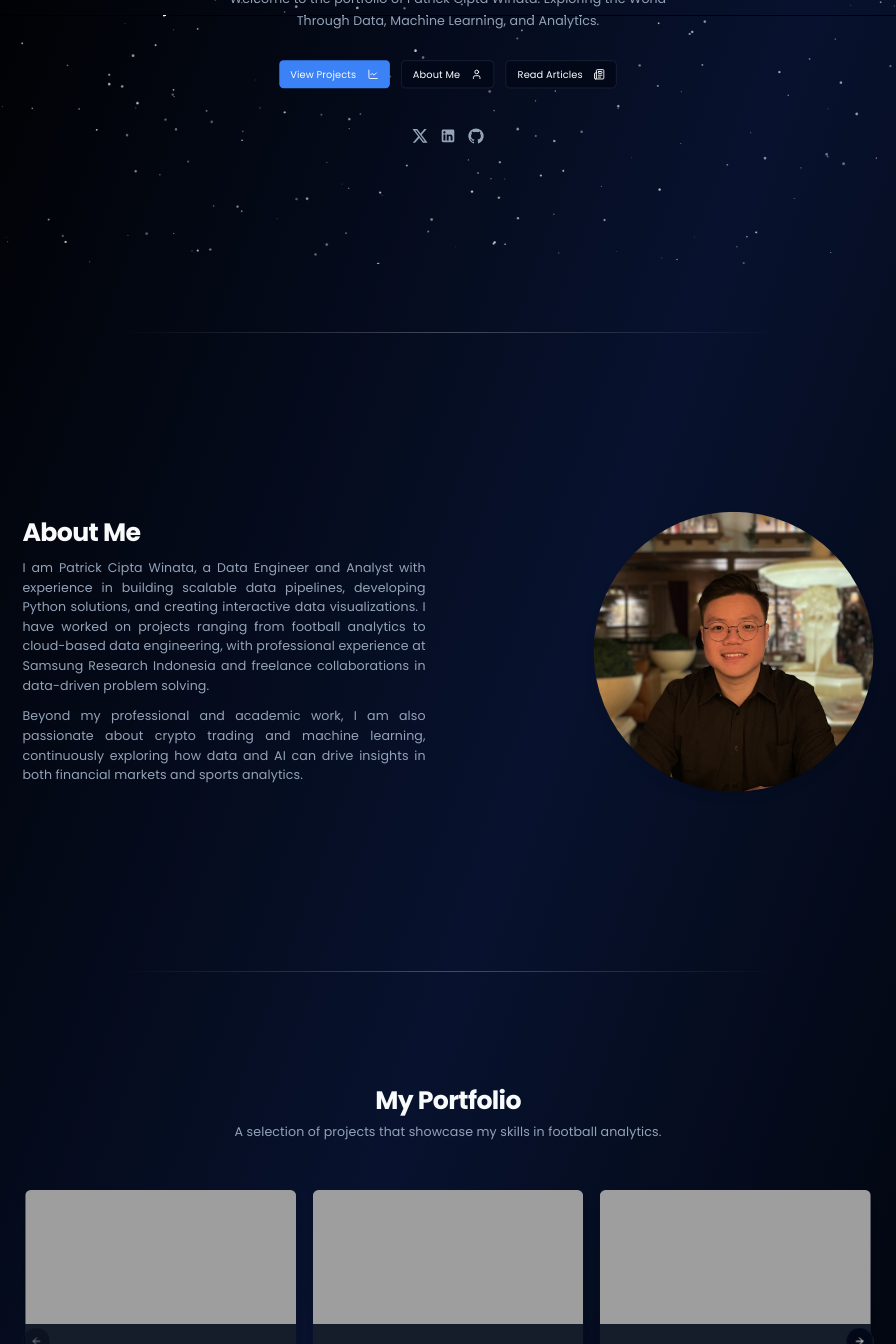
Repository: patrick-cw/my-portfolio
Page: /
The author's editor kept a copy of each file at every save. The page is drawn from the files as they stood at one save, then again after the next save.
The browser window is 1280 px wide. The pictures show the part of the page from y = 343 to 2263 px (the page is 3545 px tall), at 70% of full size.
Pictures or frames that could not be fetched are drawn as grey boxes. The project was rebuilt for these pictures with package versions that can differ from the ones it lists, and the page was loaded fresh each time. The framework's server and built-in components were replaced by stand-ins that run in the browser. Also part of the build but not shown: next.config.ts.

Above is the page before, as saved 2025-08-31 01:30:35.

### src/app/layout.tsx
import type {Metadata} from 'next';
import './globals.css';
import { Toaster } from "@/components/ui/toaster";
import { cn } from '@/lib/utils';
import Particles from '@/components/particles';
import Header from '@/components/header';
import Footer from '@/components/footer';
import ThemeRegistry from '@/components/ThemeRegistry';

export const metadata: Metadata = {
  title: "Patrick's Portfolio",
  description: 'A portfolio showcasing football analytics projects, articles, and more.',
};

export default function RootLayout({
  children,
}: Readonly<{
  children: React.ReactNode;
}>) {
  return (
    <html lang="en" className="dark" style={{scrollBehavior: 'smooth'}}>
      <head>
        <link rel="preconnect" href="https://fonts.googleapis.com" />
        <link rel="preconnect" href="https://fonts.gstatic.com" crossOrigin="anonymous" />
        <link href="https://fonts.googleapis.com/css2?family=Poppins:wght@400;600;700&display=swap" rel="stylesheet" />
      </head>
      <body className={cn("min-h-screen font-body antialiased bg-background")}>
        <ThemeRegistry>
          <div className="relative z-0 flex min-h-screen flex-col bg-gradient-to-br from-black via-blue-900/20 to-black">
            <Particles />
            <Header />
            <main className="flex-1">{children}</main>
            <Footer />
          </div>
          <Toaster />
        </ThemeRegistry>
      </body>
    </html>
  );
}

### src/app/page.tsx
import { Button } from "@/components/ui/button";
import { User, LineChart, Newspaper, ArrowDown } from "lucide-react";
import LinkedInIcon from '@mui/icons-material/LinkedIn';
import XIcon from '@mui/icons-material/X';
import GitHubIcon from '@mui/icons-material/GitHub';
import Image from "next/image";
import Link from "next/link";
import { Carousel, CarouselContent, CarouselItem, CarouselNext, CarouselPrevious } from "@/components/ui/carousel";

function FadingSeparator() {
  return (
    <div className="relative my-24 h-px w-full bg-transparent">
      <div className="absolute left-1/2 top-0 h-px w-3/4 -translate-x-1/2 bg-gradient-to-r from-transparent via-white opacity-25 to-transparent" />
    </div>
  )
}

// About Section Component
function AboutSection() {
  return (
    <section id="about" className="relative min-h-screen flex flex-col justify-center">
      <div className="container">
      <div className="grid grid-cols-1 items-center gap-y-16 lg:grid-cols-2 lg:gap-x-8">
          <div>
            <div className="max-w-xl">
              <h2 className="text-3xl font-bold tracking-tight text-foreground sm:text-4xl font-headline">About Me</h2>
              <p className="mt-4 text-lg text-muted-foreground text-justify">
                I am Patrick Cipta Winata, a Data Engineer and Analyst with experience in building scalable data pipelines, developing Python solutions, and creating interactive data visualizations. I have worked on projects ranging from football analytics to cloud-based data engineering, with professional experience at Samsung Research Indonesia and freelance collaborations in data-driven problem solving.
              </p>
              <p className="mt-4 text-lg text-muted-foreground text-justify">
                Beyond my professional and academic work, I am also passionate about crypto trading and machine learning, continuously exploring how data and AI can drive insights in both financial markets and sports analytics.
              </p>
            </div>
          </div>
          <div className="flex justify-center lg:justify-end">
            <Image
              src="/images/face.JPG"
              alt="Patrick Cipta Winata"
              width={400}
              height={400}
              className="rounded-full object-cover shadow-lg"
              data-ai-hint="portrait man"
            />
          </div>
        </div>
      </div>
    </section>
  );
}

// Portfolio Section Component
function PortfolioSection() {
  const projects = [
    {
      title: "xG-Based Performance Analysis",
      description: "A deep dive into Expected Goals (xG) metrics to evaluate striker efficiency across Europe's top 5 leagues.",
      image: "https://picsum.photos/600/400?random=1",
      tags: ["Data Analysis", "Python", "Tableau"],
      link: "/portfolio/xg-based-performance-analysis",
      imageHint: "soccer chart"
    },
    {
      title: "Defensive Actions Mapping",
      description: "Visualizing defensive actions (tackles, interceptions) to identify team pressing styles and defensive solidity.",
      image: "https://picsum.photos/600/400?random=2",
      tags: ["Data-Viz", "R", "Statistics"],
      link: "/portfolio/defensive-actions-mapping",
      imageHint: "soccer field"
    },
    {
      title: "Passing Network Analysis",
      description: "Analyzing passing networks to understand team shape, key player connections, and ball progression patterns.",
      image: "https://picsum.photos/600/400?random=3",
      tags: ["Network Analysis", "Gephi", "Tableau"],
      link: "/portfolio/passing-network-analysis",
      imageHint: "soccer tactics"
    },
    {
      title: "Player Recruitment Model",
      description: "A data-driven model to identify undervalued players based on performance metrics and market values.",
      image: "https://picsum.photos/600/400?random=4",
      tags: ["Machine Learning", "Python", "Scouting"],
      link: "/portfolio/player-recruitment-model",
      imageHint: "soccer player celebrating"
    },
    {
      title: "Interactive Shot Map Dashboard",
      description: "A web-based dashboard allowing users to explore shot data from various competitions interactively.",
      image: "https://picsum.photos/600/400?random=5",
      tags: ["Web Dev", "React", "D3.js"],
      link: "/portfolio/interactive-shot-map-dashboard",
      imageHint: "soccer dashboard"
    },
    {
      title: "Tactical Formations Analysis",
      description: "A comprehensive study of the 4-3-3 vs 4-4-2 formations, showcasing strengths and weaknesses with data visualization.",
      image: "https://picsum.photos/600/400?random=6",
      tags: ["Tactics", "Data-Viz", "Analysis"],
      link: "/portfolio/tactical-formations-analysis",
      imageHint: "soccer strategy board"
    }
  ];

  return (
    <section id="portfolio" className="relative min-h-screen flex flex-col justify-center">
        <div className="container">
          <div className="mx-auto max-w-3xl text-center">
            <h2 className="text-3xl font-bold tracking-tight text-foreground sm:text-4xl font-headline">My Portfolio</h2>
            <p className="mt-2 text-lg leading-8 text-muted-foreground">
              A selection of projects that showcase my skills in football analytics.
            </p>
          </div>
          <div className="mt-16">
            <Carousel
              opts={{
                align: "start",
                loop: false,
              }}
              className="w-full"
            >
              <CarouselContent>
                {projects.map((project) => (
                  <CarouselItem key={project.title} className="md:basis-1/2 lg:basis-1/3">
                    <div className="p-1 h-full">
                       <div className="group flex flex-col h-full overflow-hidden rounded-lg bg-card-highlight shadow-lg transition-all duration-300 hover:shadow-primary/20 hover:-translate-y-2">
                          <Link href={project.link} className="block shrink-0">
                            <Image
                              className="h-48 w-full object-cover"
                              src={project.image}
                              alt={project.title}
                              width={600}
                              height={400}
                              data-ai-hint={project.imageHint}
                            />
                          </Link>
                          <div className="flex flex-1 flex-col justify-between p-6">
                            <div className="flex-1">
                              <Link href={project.link} className="mt-2 block">
                                <p className="text-xl font-semibold text-foreground group-hover:text-primary transition-colors font-headline">{project.title}</p>
                                <p className="mt-3 text-base text-muted-foreground">{project.description}</p>
                              </Link>
                            </div>
                            <div className="mt-6 flex items-center">
                              <div className="flex space-x-1 text-sm text-muted-foreground">
                                {project.tags.map((tag) => (
                                  <span key={tag} className="inline-flex items-center rounded-full bg-secondary px-3 py-1 text-xs font-medium text-secondary-foreground">
                                    {tag}
                                  </span>
                                ))}
                              </div>
                            </div>
                          </div>
                        </div>
                    </div>
                  </CarouselItem>
                ))}
              </CarouselContent>
              <CarouselPrevious className="ml-12 h-10 w-10" />
              <CarouselNext className="mr-12 h-10 w-10"/>
            </Carousel>
          </div>
        </div>
    </section>
  );
}
// Articles Section Component
function ArticlesSection() {
  const articles = [
      {
        title: "The Evolution of the Modern Full-back",
        date: "July 15, 2024",
        excerpt: "From defensive stalwarts to attacking linchpins, we trace the tactical evolution of the full-back role in the modern game.",
        link: "/articles/evolution-of-the-modern-full-back",
      },
      {
        title: "Set-Piece Analytics: The Hidden Goldmine",
        date: "June 28, 2024",
        excerpt: "An in-depth look at how top-tier teams are using data analytics to gain a significant edge from corners and free-kicks.",
        link: "/articles/set-piece-analytics",
      },
      {
        title: "The Rise of Positional Play",
        date: "May 12, 2024",
        excerpt: "How philosophies popularised by Guardiola and Cruyff have come to dominate European football tactics.",
        link: "/articles/rise-of-positional-play",
      },
      {
        title: "Valuing Defensive Actions",
        date: "April 22, 2024",
        excerpt: "A new model for quantifying the impact of tackles, interceptions, and pressures beyond simple event counting.",
        link: "/articles/valuing-defensive-actions",
      },
      {
        title: "The Impact of High Pressing",
        date: "August 05, 2024",
        excerpt: "Exploring the data behind high-pressing strategies and their correlation with winning major trophies in modern football.",
        link: "/articles/impact-of-high-pressing",
      },
    ];

  return (
      <section id="articles" className="relative min-h-screen flex flex-col justify-center">
          <div className="container">
            <div className="mx-auto max-w-3xl text-center">
              <h2 className="text-3xl font-bold tracking-tight text-foreground sm:text-4xl font-headline">Latest Articles</h2>
              <p className="mt-2 text-lg leading-8 text-muted-foreground">
                My thoughts and findings on the world of football analytics.
              </p>
            </div>
            <div className="mt-16">
               <Carousel
                  opts={{
                    align: "start",
                    loop: false,
                  }}
                  className="w-full max-w-4xl mx-auto"
                >
                <CarouselContent>
                  {articles.map((article) => (
                    <CarouselItem key={article.title} className="md:basis-1/2">
                      <div className="p-1 h-full">
                        <article className="group flex h-full max-w-xl flex-col items-start justify-between rounded-lg bg-card-highlight p-6 transition-all duration-300 hover:bg-card/90 hover:-translate-y-2">
                          <div className="flex items-center gap-x-4 text-xs">
                            <time dateTime={article.date} className="text-muted-foreground">
                              {article.date}
                            </time>
                          </div>
                          <div className="group relative">
                            <h3 className="mt-3 text-lg font-semibold leading-6 text-foreground group-hover:text-primary transition-colors font-headline">
                              <Link href={article.link}>
                                <span className="absolute inset-0" />
                                {article.title}
                              </Link>
                            </h3>
                            <p className="mt-5 line-clamp-3 text-sm leading-6 text-muted-foreground">{article.excerpt}</p>
                          </div>
                        </article>
                      </div>
                    </CarouselItem>
                  ))}
                </CarouselContent>
                 <CarouselPrevious className="-left-12 h-10 w-10" />
                 <CarouselNext className="-right-12 h-10 w-10" />
              </Carousel>
            </div>
          </div>
      </section>
  );
}

export default function Home() {
  return (
    <>
      {/* Hero Section */}
      <section className="container flex min-h-[calc(100vh-3.5rem)] flex-col items-center justify-center text-center">
        <div className="flex-grow flex flex-col items-center justify-center">
          <h1 className="font-headline text-4xl font-bold tracking-tight text-foreground sm:text-6xl md:text-7xl">
          Patrick's Portfolio
          </h1>
          <p className="mt-6 text-lg leading-8 text-muted-foreground max-w-2xl mx-auto">
          Welcome to the portfolio of Patrick Cipta Winata. Exploring the World Through Data, Machine Learning, and Analytics.
          </p>
          <div className="mt-10 flex flex-col items-center justify-center gap-y-6">
            <div className="flex items-center justify-center gap-x-4 flex-wrap gap-y-4">
              <Button asChild>
                <Link href="/#portfolio">
                  View Projects <LineChart className="ml-2 h-4 w-4" />
                </Link>
              </Button>
               <Button variant="outline" asChild>
                <Link href="/#about">
                  About Me <User className="ml-2 h-4 w-4" />
                </Link>
              </Button>
              <Button variant="outline" asChild>
                <Link href="/#articles">
                  Read Articles <Newspaper className="ml-2 h-4 w-4" />
                </Link>
              </Button>
            </div>
            <div className="flex items-center gap-4 mt-8">
              <Link href="https://twitter.com" target="_blank" rel="noopener noreferrer" aria-label="Twitter">
                <XIcon className="h-6 w-6 text-muted-foreground transition-colors hover:text-foreground" />
              </Link>
              <Link href="https://linkedin.com" target="_blank" rel="noopener noreferrer" aria-label="LinkedIn">
                <LinkedInIcon className="h-6 w-6 text-muted-foreground transition-colors hover:text-foreground" />
              </Link>
              <Link href="https://github.com" target="_blank" rel="noopener noreferrer" aria-label="GitHub">
                <GitHubIcon className="h-6 w-6 text-muted-foreground transition-colors hover:text-foreground" />
              </Link>
            </div>
          </div>
        </div>
        <div className="absolute bottom-4 left-1/2 -translate-x-1/2 animate-bounce">
          <a href="#about" aria-label="Scroll to about section">
            <ArrowDown className="h-6 w-6 text-muted-foreground" />
          </a>
        </div>
      </section>
      <FadingSeparator />
      <AboutSection />
      <FadingSeparator />
      <PortfolioSection />
      <FadingSeparator />
      <ArticlesSection />
    </>
  );
}

### src/components/ui/toaster.tsx
"use client"

import { useToast } from "@/hooks/use-toast"
import {
  Toast,
  ToastClose,
  ToastDescription,
  ToastProvider,
  ToastTitle,
  ToastViewport,
} from "@/components/ui/toast"

export function Toaster() {
  const { toasts } = useToast()

  return (
    <ToastProvider>
      {toasts.map(function ({ id, title, description, action, ...props }) {
        return (
          <Toast key={id} {...props}>
            <div className="grid gap-1">
              {title && <ToastTitle>{title}</ToastTitle>}
              {description && (
                <ToastDescription>{description}</ToastDescription>
              )}
            </div>
            {action}
            <ToastClose />
          </Toast>
        )
      })}
      <ToastViewport />
    </ToastProvider>
  )
}

### src/components/header.tsx
import Link from "next/link";
import { Footprints } from "lucide-react";

export default function Header() {
  return (
    <header className="sticky top-0 z-50 w-full border-b border-border/40 bg-background/95 backdrop-blur supports-[backdrop-filter]:bg-background/60">
      <div className="container flex h-14 max-w-screen-2xl items-center">
        <Link href="/" className="mr-6 flex items-center space-x-2">
          <Footprints className="h-6 w-6 text-primary" style={{filter: 'drop-shadow(0 0 4px hsl(var(--primary)))'}}/>
          <span className="font-bold sm:inline-block font-headline">Goal Analysis Hub</span>
        </Link>
        <nav className="flex items-center gap-4 text-sm lg:gap-6">
          <Link href="/#about" className="text-foreground/60 transition-colors hover:text-foreground/80">
            About
          </Link>
          <Link href="/#portfolio" className="text-foreground/60 transition-colors hover:text-foreground/80">
            Portfolio
          </Link>
          <Link href="/#articles" className="text-foreground/60 transition-colors hover:text-foreground/80">
            Articles
          </Link>
        </nav>
      </div>
    </header>
  );
}

### src/components/footer.tsx
export default function Footer() {
    return (
      <footer className="border-t border-border/40 py-6 md:py-8">
        <div className="container flex flex-col items-center justify-between gap-4 md:flex-row">
          <p className="text-sm text-muted-foreground">
            © {new Date().getFullYear()} Patrick Cipta Winata. All rights reserved.
          </p>
        </div>
      </footer>
    );
  }

### src/components/ThemeRegistry.tsx
'use client';
import createCache from '@emotion/cache';
import { useServerInsertedHTML } from 'next/navigation';
import { CacheProvider } from '@emotion/react';
import { ThemeProvider } from '@mui/material/styles';
import CssBaseline from '@mui/material/CssBaseline';
import { createTheme } from '@mui/material/styles';
import React from 'react';

const theme = createTheme({
  palette: {
    mode: 'dark',
  },
});

// This implementation is from emotion-js
// https://github.com/emotion-js/emotion/issues/2928#issuecomment-1319747902
export default function ThemeRegistry(props: { children: React.ReactNode }) {
  const { children } = props;

  const [{ cache, flush }] = React.useState(() => {
    const cache = createCache({ key: 'mui-style' });
    cache.compat = true;
    const prevInsert = cache.insert;
    let inserted: string[] = [];
    cache.insert = (...args) => {
      const serialized = args[1];
      if (cache.inserted[serialized.name] === undefined) {
        inserted.push(serialized.name);
      }
      return prevInsert(...args);
    };
    const flush = () => {
      const prevInserted = inserted;
      inserted = [];
      return prevInserted;
    };
    return { cache, flush };
  });

  useServerInsertedHTML(() => {
    const names = flush();
    if (names.length === 0) {
      return null;
    }
    let styles = '';
    for (const name of names) {
      styles += cache.inserted[name];
    }
    return (
      <style
        key={cache.key}
        data-emotion={`${cache.key} ${names.join(' ')}`}
        dangerouslySetInnerHTML={{
          __html: styles,
        }}
      />
    );
  });

  return (
    <CacheProvider value={cache}>
      <ThemeProvider theme={theme}>
        <CssBaseline />
        {children}
      </ThemeProvider>
    </CacheProvider>
  );
}

Loaded but not shown: src/lib/utils.ts (common file); src/hooks/use-toast.ts (common file); src/components/ui/carousel.tsx (262 lines, source omitted); src/components/ui/toast.tsx (129 lines, source omitted); src/components/particles.tsx (147 lines, source omitted); tailwind.config.ts (107 lines, source omitted); src/app/globals.css (86 lines, source omitted); src/components/ui/button.tsx (56 lines, source omitted)

After the next save:
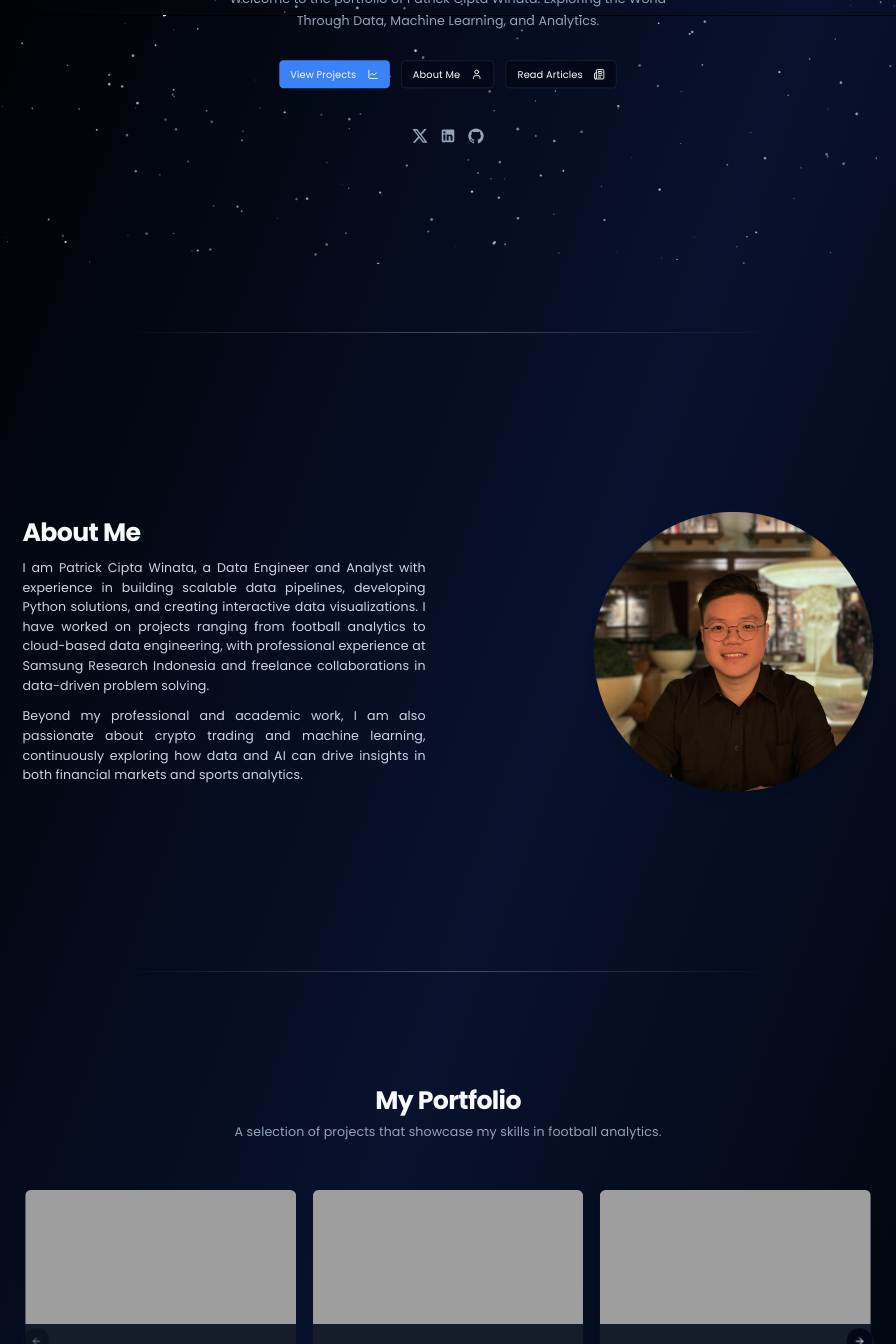
Saved 27 s later.
--- a/src/app/page.tsx
+++ b/src/app/page.tsx
@@ -24,10 +24,10 @@ function AboutSection() {
           <div>
             <div className="max-w-xl">
               <h2 className="text-3xl font-bold tracking-tight text-foreground sm:text-4xl font-headline">About Me</h2>
-              <p className="mt-4 text-lg text-muted-foreground text-justify">
+              <p style={{color: "hsl(215deg 26.4% 84.39%)"}} className="mt-4 text-lg text-muted-foreground text-justify">
                 I am Patrick Cipta Winata, a Data Engineer and Analyst with experience in building scalable data pipelines, developing Python solutions, and creating interactive data visualizations. I have worked on projects ranging from football analytics to cloud-based data engineering, with professional experience at Samsung Research Indonesia and freelance collaborations in data-driven problem solving.
               </p>
-              <p className="mt-4 text-lg text-muted-foreground text-justify">
+              <p style={{color: "hsl(215deg 26.4% 84.39%)"}} className="mt-4 text-lg text-muted-foreground text-justify">
                 Beyond my professional and academic work, I am also passionate about crypto trading and machine learning, continuously exploring how data and AI can drive insights in both financial markets and sports analytics.
               </p>
             </div>
